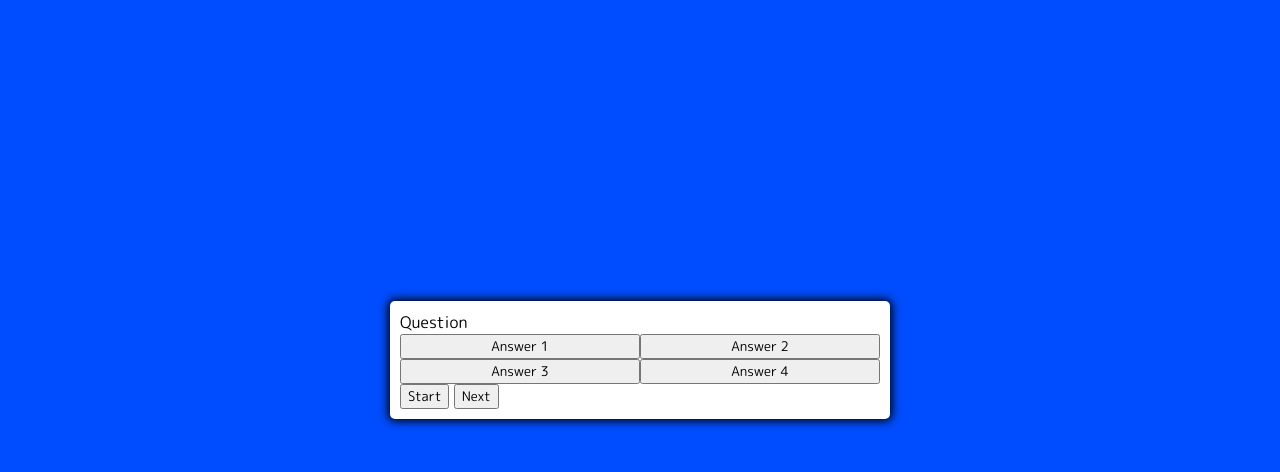
Repository: spidero7/Star-Wars_Quiz-Game
Page: index.html
An editor plug-in stored every save of this project. The page is shown before and after the next save, followed by the edit.
The browser window is 1280 px wide. The pictures show the whole page.

Above is the page before, as saved 2021-08-29 07:56:04.

### index.html
<!DOCTYPE html>
<html lang="en">
<head>
    <meta charset="UTF-8">
    <meta http-equiv="X-UA-Compatible" content="IE=edge">
    <meta name="viewport" content="width=device-width, initial-scale=1.0">
    <title>Quiz Game</title>
    <link rel="preconnect" href="https://fonts.googleapis.com">
    <link rel="preconnect" href="https://fonts.gstatic.com" crossorigin>
    <link href="https://fonts.googleapis.com/css2?family=M+PLUS+Rounded+1c&display=swap" rel="stylesheet">
    <link rel="stylesheet" href="style.css">
</head>
<body>

    <div class="container">
        <div id="question-container">
            <div id="question">Question</div>
            <div id="answer-buttons" class="btn-grid">
                <button class="btn">Answer 1</button>
                <button class="btn">Answer 2</button>
                <button class="btn">Answer 3</button>
                <button class="btn">Answer 4</button>
            </div>
        </div>
        <div id="control-panel">
            <button class="btn" id="start-btn">Start</button>
            <button class="btn" id="next-btn">Next</button>
        </div>
    </div>


    <script src="app.js"></script>
</body>
</html>

### style.css
*, *::after, *::before {
    box-sizing: border-box;
    font-family: 'M PLUS Rounded 1c', sans-serif;
}

:root {
    --hue-normal: 222;
    --hue-correct: 120;
    --hue-wrong: 0;
}

body {
    --hue: var(--hue-normal);
    padding: 0;
    margin: 0;
    display: flex;
    width: 100vw;
    height: 100vh;
    justify-content: center;
    align-items: center;
    background-color: hsl(var(--hue), 100%, 50%);
}

body.correct {
    --hue: var(--hue-correct);
}

body.wrong {
    --hue: var(--hue-wrong);
}

.container {
    width: 500px;
    max-width: 80%;
    background-color: white;
    border-radius: 5px;
    padding: 10px;
    box-shadow: 0 0 10px 2px;
}

.btn-grid {
    display: grid;
    grid-template-columns: repeat(2, auto);
    gab
}

Loaded but not shown: app.js (no copy from this time; the picture is the same without it)

After the next save:
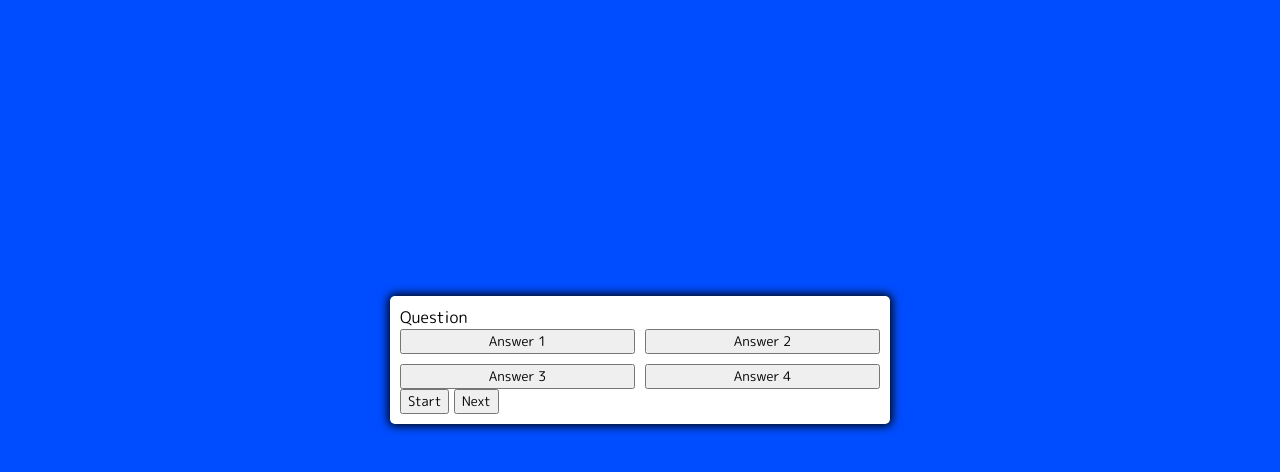
Saved 4 s later.
--- a/style.css
+++ b/style.css
@@ -41,5 +41,5 @@ body.wrong {
 .btn-grid {
     display: grid;
     grid-template-columns: repeat(2, auto);
-    gab
+    gap: 10px;
 }
